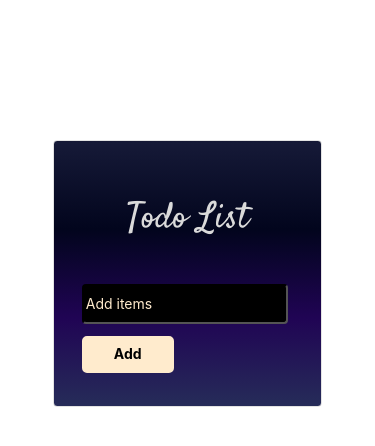
Repository: arpana23/Todo-list
Page: /
An editor plug-in stored every save of this project. The page is shown before and after the next save, followed by the edit.
The browser window is 375 px wide. The pictures show the whole page.
Some web libraries are served in a nearby version. The project was rebuilt for these pictures with package versions that can differ from the ones it lists, and the page was loaded fresh each time. Also part of the build but not shown: src/Todolist.js.

Above is the page before, as saved 2021-04-17 17:22:08.

### public/index.html
<!DOCTYPE html>
<html lang="en">
  <head>
    <meta charset="utf-8" />
    <link rel="icon" href="%PUBLIC_URL%/favicon.ico" />
    <meta name="viewport" content="width=device-width, initial-scale=1" />
    <meta name="theme-color" content="#000000" />
    <meta
      name="description"
      content="Web site created using create-react-app"
    />
    <link rel="apple-touch-icon" href="%PUBLIC_URL%/logo192.png" />
    <!--
      manifest.json provides metadata used when your web app is installed on a
      user's mobile device or desktop. See https://developers.google.com/web/fundamentals/web-app-manifest/
    -->
    <script src="https://kit.fontawesome.com/94ade1d1ca.js" crossorigin="anonymous"></script>
    <link rel="preconnect" href="https://fonts.gstatic.com">
    <link href="https://fonts.googleapis.com/css2?family=Satisfy&display=swap" rel="stylesheet">
    <link rel="manifest" href="%PUBLIC_URL%/manifest.json" />
    <!-- Latest compiled and minified CSS -->
    <link rel="stylesheet" href="https://maxcdn.bootstrapcdn.com/bootstrap/3.4.1/css/bootstrap.min.css">

    <!-- jQuery library -->
    <script src="https://ajax.googleapis.com/ajax/libs/jquery/3.5.1/jquery.min.js"></script>

    <!-- Latest compiled JavaScript -->
    <script src="https://maxcdn.bootstrapcdn.com/bootstrap/3.4.1/js/bootstrap.min.js"></script>

    <!--
      Notice the use of %PUBLIC_URL% in the tags above.
      It will be replaced with the URL of the `public` folder during the build.
      Only files inside the `public` folder can be referenced from the HTML.

      Unlike "/favicon.ico" or "favicon.ico", "%PUBLIC_URL%/favicon.ico" will
      work correctly both with client-side routing and a non-root public URL.
      Learn how to configure a non-root public URL by running `npm run build`.
    -->
    <title>React App</title>
  </head>
  <body>
    <noscript>You need to enable JavaScript to run this app.</noscript>
    <div id="root"></div>
    <!--
      This HTML file is a template.
      If you open it directly in the browser, you will see an empty page.

      You can add webfonts, meta tags, or analytics to this file.
      The build step will place the bundled scripts into the <body> tag.

      To begin the development, run `npm start` or `yarn start`.
      To create a production bundle, use `npm run build` or `yarn build`.
    -->
  </body>
</html>

### src/App.js
import React, { useState } from 'react';
import Todolist from './Todolist';
import './App.css';

const App = () => {


  const [inputItem , setInputItem] = useState("");
  const [itemList , setItemList] = useState([]);

  const handleChange = (e) => {
    setInputItem(e.target.value);
  }

  const addItems = (e) => {
    e.preventDefault();
    setItemList((olditems) => {
      return [...olditems, inputItem];
    });
    setInputItem("");
  }

  const updateItem = (id) => {
    let item =  itemList.map((olditems,index,data) => {
      if(index === id) {
        setInputItem(data.splice(index,1));
        olditems = !olditems;
      }
      return [olditems];
      }
    )
    return item;
  }

  const deleteItem = (id) => {
    setItemList((olditems) => {
      return olditems.filter((arrElement,index) => {
        return index !== id;
        // if(index !== id) {
        //   return [...arrElement];
        // }
      })
    })
  }


 return (
  <>
    <div className="main-container">
      <div className="flex-container">
        <div className="well">
          <br />
            <h1 className="title text-center">Todo List</h1>
          <br />
          <div>
            <input type="text" className="addInput" max="10" min="1" placeholder="Add items" value={inputItem} onChange={handleChange}/>
            <button type="submit" className="btn" onClick={addItems}> Add </button>
            <ul className="list-group">
              {
                itemList.map((data,index) => {
                  return <Todolist
                  key= {index}
                  id= {index}
                  list= {data}
                  onEdit= {updateItem}
                  onSelect= {deleteItem}
                  />
                })
              }
            </ul>
          </div>
        </div>
      </div>
    </div>

  </>
 )
}

export default App;

### src/App.css
.App {
  text-align: center;
}

.main-container {
  display: flex;
  flex-direction: column;
  justify-content: center;
}

.flex-container {
  display: flex;
  flex-direction: column;
  align-items: center;
  margin: 100px;
}

.well {
  background-image: linear-gradient(rgb(22, 26, 56),rgb(2, 5, 29),rgb(32, 4, 84),rgb(38, 44, 89));
  width: 40%;
}

.addInput {
  margin: 18px;
  width: 70%;
  height: 5vh;
  border-radius: 4px;
  background-color: black;
  outline: black;
  border-color: black;
  color:blanchedalmond;
  font-size: 14px;
}

.addInput::placeholder {
  color:blanchedalmond;
  margin-left: 2px;
}

.btn {
  margin: 3px;
  width: 20%;
  height: 5.5vh;
  border-radius: 5px;
  margin-top: -2px;
  font-weight: bold;
  background-color: blanchedalmond;
  color: black;
  outline: transparent;
  border: 2px solid blanchedalmond;
}

.btn:hover {
  background-color: blueviolet;
  color: black;
  font-weight: bold;
  outline: transparent;
  border-color: transparent;
}

.btn::-webkit-validation-bubble-arrow-clipper {
  background-color: blueviolet;
  color: black;
  outline: transparent;
  border-color: transparent;
}

.list-group {
  margin: 11px;
}

.mylist {
  /* border: 1px solid black; */
  margin-top: 10px;
  margin-bottom: 10px;
  text-align: justify;
  /* border-radius: 7px; */
}

.list-group-item {
  word-wrap: break-word;
  background-image: linear-gradient(rgb(32, 4, 84),rgb(38, 44, 89));
}

.my-text {
  margin-right: 3px;
  word-wrap: break-word;
  color: blanchedalmond;
}

.ed-del {
  display: flex;
  flex-direction: row;
  margin-top: -20px;
  justify-content: flex-end;
  align-items: center;
}

.fas {
  font-size: 20px;
  margin: 3px;
  display: flex;
  flex-direction: row;
  /* margin: 7px; */
  align-items: center;
}

.title {
  color: #dadada ;
  font-family: 'Satisfy', cursive;
}

.fa-trash {
  color: rgb(45, 30, 255);
}

.fa-edit {
  color:rgb(221, 84, 203);
}

@media screen and (max-width: 480px) {

  .flex-container {
    margin: 50px;
    margin-top: 140px;
  }

  .well {
    width: 98%;
  }

  .addInput {
    margin: 14px;
    margin-left: 9px;
    width: 90%;
    height: 5vh;
  }

  .btn {
    margin: 3px;
    margin-left: 9px;
    width: 40%;
    height: 4.7vh;
    border-radius: 5px;
    margin-top: -2px;
    font-weight: bold;
    padding: 2px;
  }

  .my-text {
    margin-right: 1px;
  }

  .fas {
    font-size: 14px;
  }

}

@media screen and (min-width: 481px) and (max-width: 768px) {
  .well {
    width: 90%;
  }
}

@media screen and (min-width: 769px) and (max-width: 992px) {
  .well {
    width: 90%;
  }
}

Loaded but not shown: src/index.js (common file); src/index.css (common file); src/reportWebVitals.js (common file)

After the next save:
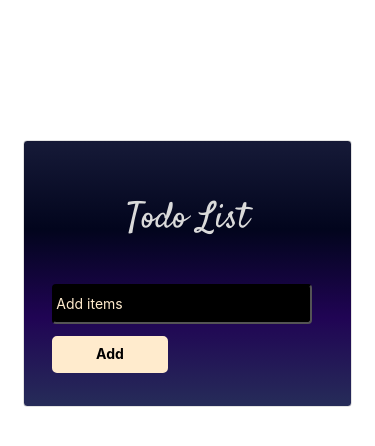
Saved 43 s later.
--- a/src/App.css
+++ b/src/App.css
@@ -121,7 +121,7 @@
 @media screen and (max-width: 480px) {
 
   .flex-container {
-    margin: 50px;
+    margin: 20px;
     margin-top: 140px;
   }
 
